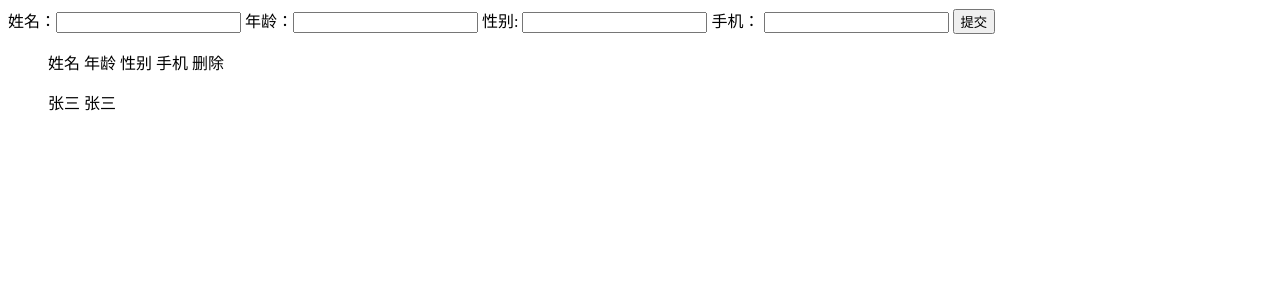
Repository: 1404413577/jsdemo
Page: small-demo/录入信息.html
An editor plug-in stored every save of this project. The page is shown before and after the next save, followed by the edit.
The browser window is 1280 px wide. The pictures show the whole page.

Above is the page before, as saved 2022-11-20 15:23:12.

After the next save:
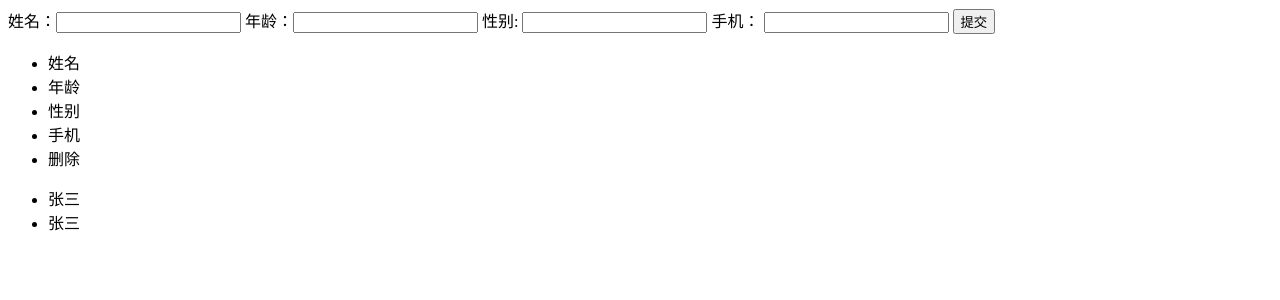
Saved 33 s later.
--- a/small-demo/录入信息.html
+++ b/small-demo/录入信息.html
@@ -16,15 +16,15 @@
     </div>
     <div>
         <ul>
-            <th>姓名</th>
-            <th>年龄</th>
-            <th>性别</th>
-            <th>手机</th>
-            <th>删除</th>
+            <li>姓名</li>
+            <li>年龄</li>
+            <li>性别</li>
+            <li>手机</li>
+            <li>删除</li>
         </ul>
         <ul>
-            <th>张三</th>
-            <th>张三</th>
+            <li>张三</li>
+            <li>张三</li>
         </ul>
     </div>
 </body>

After the save that followed:
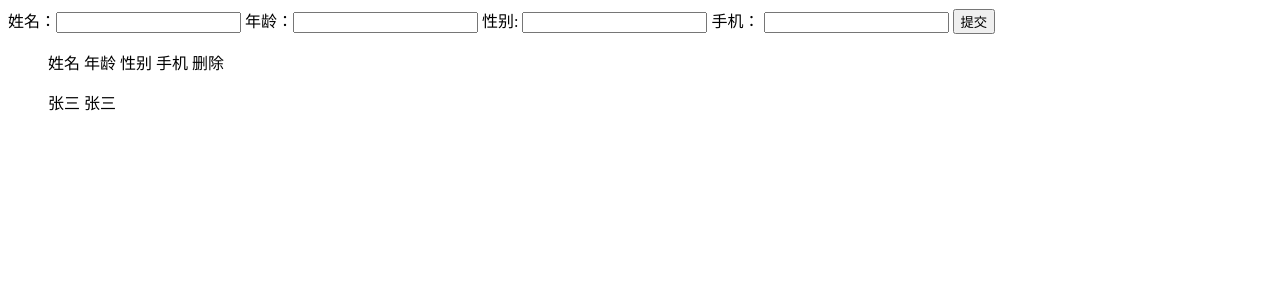
Saved 15 s later.
--- a/small-demo/录入信息.html
+++ b/small-demo/录入信息.html
@@ -16,15 +16,15 @@
     </div>
     <div>
         <ul>
-            <li>姓名</li>
-            <li>年龄</li>
-            <li>性别</li>
-            <li>手机</li>
-            <li>删除</li>
+            <th>姓名</th>
+            <th>年龄</th>
+            <th>性别</th>
+            <th>手机</th>
+            <th>删除</th>
         </ul>
         <ul>
-            <li>张三</li>
-            <li>张三</li>
+            <th>张三</th>
+            <th>张三</th>
         </ul>
     </div>
 </body>
